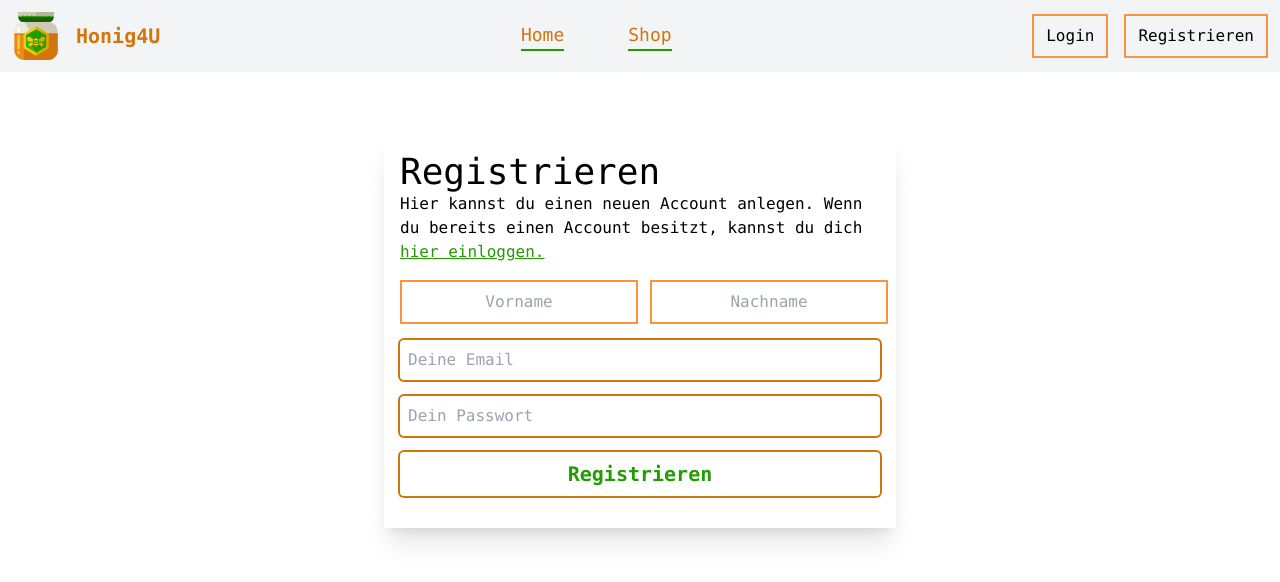
Repository: cainytheslave/PHPHonigShop
Page: http://localhost/registrierung.php
An editor plug-in stored every save of this project. The page is shown before and after the next save, followed by the edit.
The browser window is 1280 px wide. The pictures show the whole page.
The page is run by PHP 8.4 with error messages shown; the project is at /var/www/html/. Style sheets and scripts are compiled from the project's sources, by tool versions that may differ from the author's.

Above is the page before, as saved 2022-03-11 01:46:22.

After the next save:
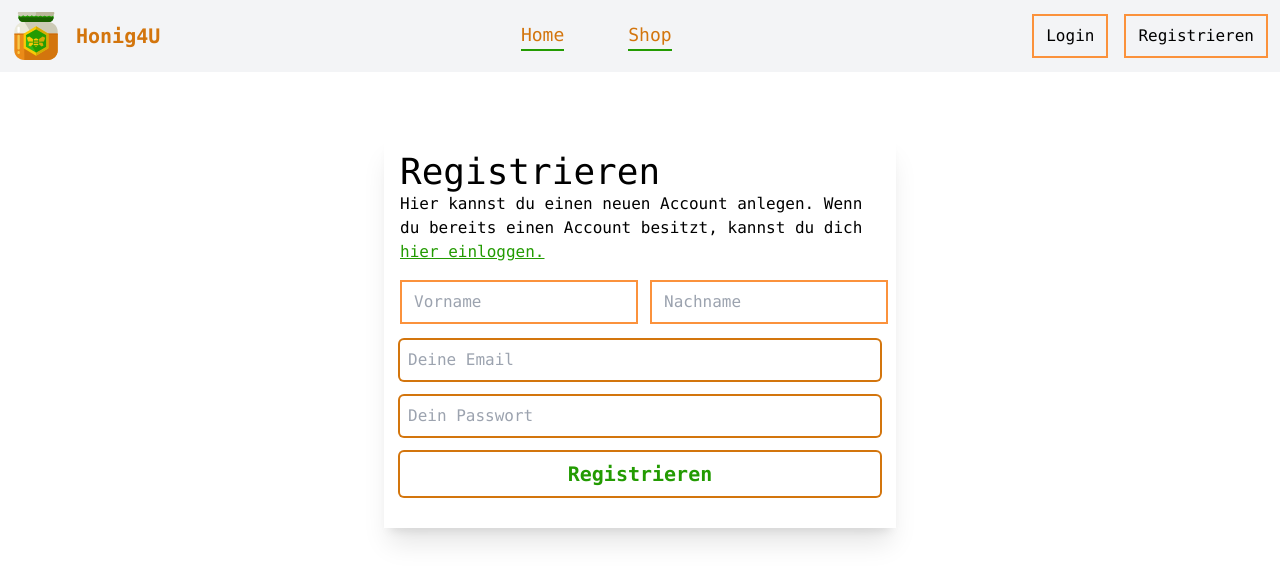
Saved 36 s later.
--- a/core/Komponente.php
+++ b/core/Komponente.php
@@ -17,7 +17,7 @@ class Komponente
 
     static function input($type = "text", $placeholder = '', $name = '', $required = 'true')
     {
-        $classes = "text-center px-3 py-2 border-2 hover:bg-gray-200 active:scale-95 hover:scale-105 border-orange-400";
+        $classes = "grow text-left px-3 py-2 border-2 hover:bg-gray-200 active:scale-95 hover:scale-105 border-orange-400";
         return "<input type='$type' name='$name' required='$required' class='$classes' placeholder='$placeholder' />";
     }
 
